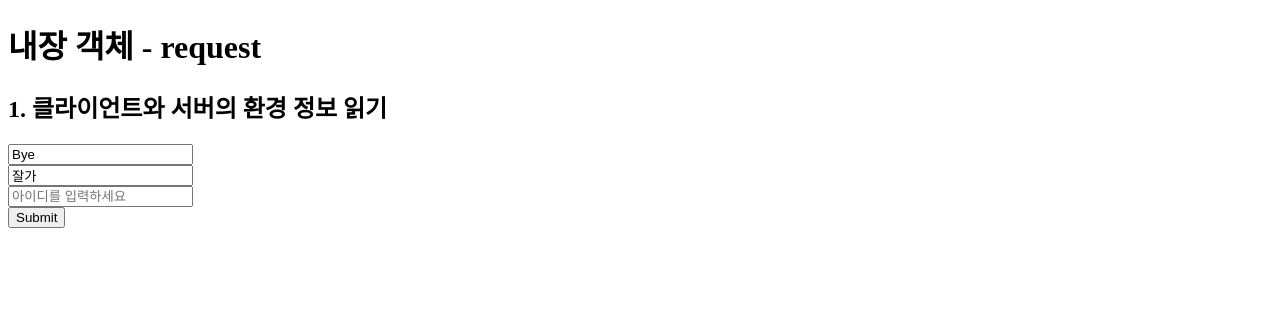
Repository: ahwaboin3/eclipse-workspace-jsp
Page: http://localhost/MustHaveJSP/RequestMain.jsp
These files come from the project's save history. The page is drawn as it stood at one moment and after the next save; the edit follows.
The browser window is 1280 px wide. The pictures show the whole page.
The page is served by Tomcat 10. Other server files are loaded and not shown.

Above is the page before, as saved 2025-05-21 05:14:42.

### MustHaveJSP/src/main/webapp/RequestMain.jsp
<%@ page language="java" contentType="text/html; charset=UTF-8"
    pageEncoding="UTF-8"%>
<!DOCTYPE html>
<html>
<head>
<meta charset="UTF-8">
<title>내장 객체 - request</title>
<!-- request 객체
클라이언트(주로 웹 브라우저)가 전송한 요청 정보를 담고 있는 객체입니다.
주요 기능
- 클라이언트와 서버에 대한 정보 읽기
- 클라이언트가 전송한 요청 매개변수에 대한 정보 읽기
- 요청 헤더 및 쿠키 정보 읽기
-->
</head>
<body>
	<h1>내장 객체 - request</h1>
	<h2>1. 클라이언트와 서버의 환경 정보 읽기</h2>
	<!--
		요청은 get방식, post방식
		get 방식 - 주소에 데이터가 노출
		post 방식 - 주소에 데이터가 숨겨짐
	 -->
	<form action="RequestWebInfo.jsp" method="post">
		<input type="text" name="eng" value="Bye"/>
		<br/>
		<input type="text" name="han" value="잘가"/>
		<br/>
		<input type="text" name="id"
			placeholder="아이디를 입력하세요"/>
		<br/>
		<input type="submit"/>
	</form>
</body>
</html>

After the next save:
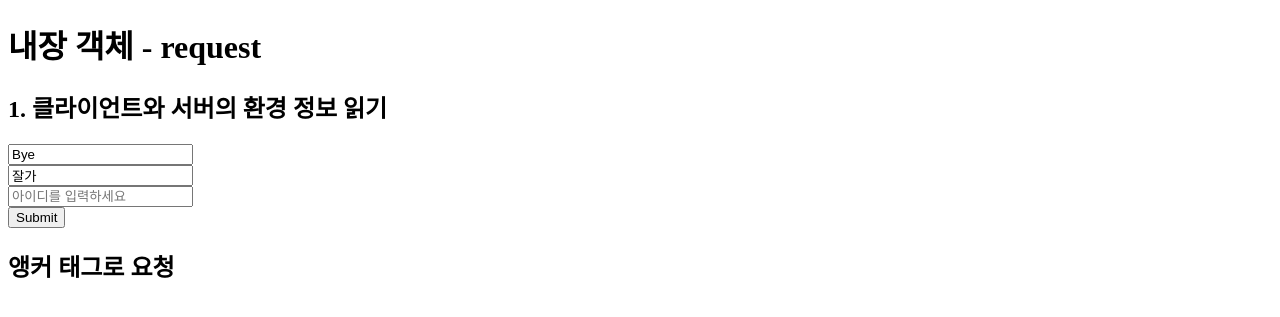
Saved 2 min 31 s later.
--- a/MustHaveJSP/src/main/webapp/RequestMain.jsp
+++ b/MustHaveJSP/src/main/webapp/RequestMain.jsp
@@ -30,6 +30,13 @@
 			placeholder="아이디를 입력하세요"/>
 		<br/>
 		<input type="submit"/>
+
+		<h2>앵커 태그로 요청</h2>
+		<!-- 상대 주소
+			. -> 현재 폴더
+			.. -> 상위 폴더
+		 -->
+		<a href="./RequestWebInfo.jsp"
 	</form>
 </body>
 </html>
